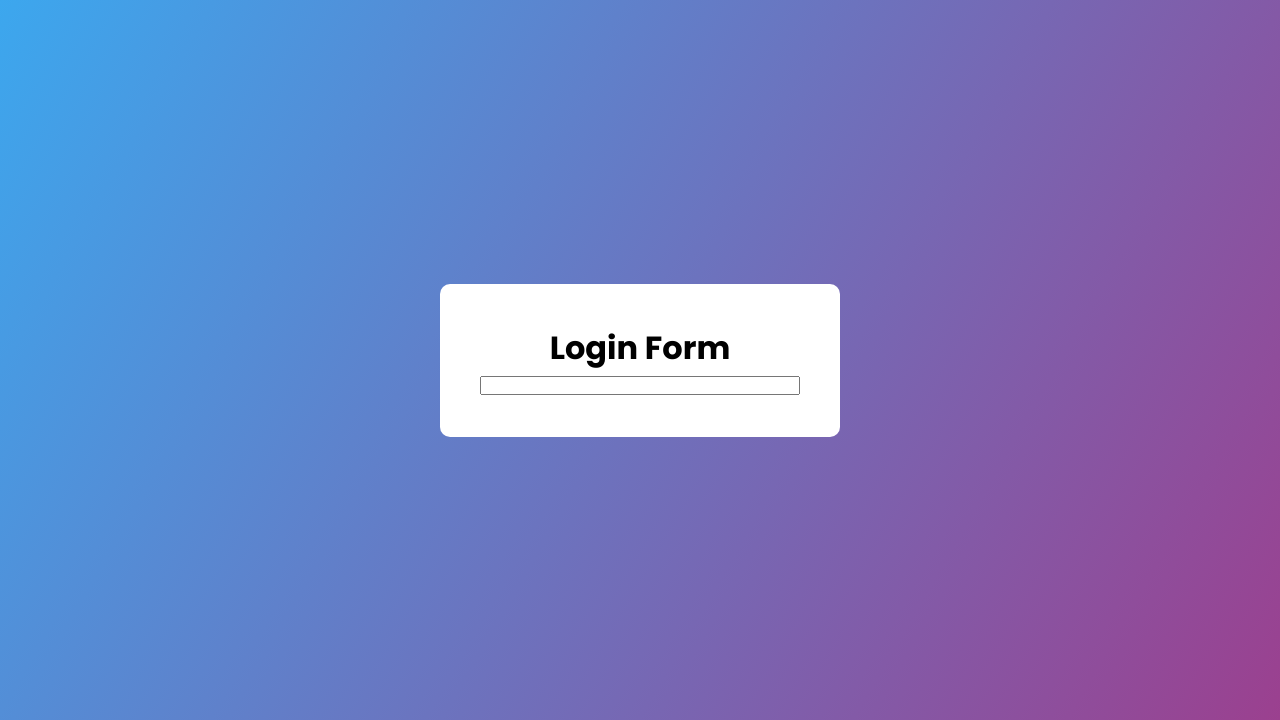
Repository: QUANGTHAI2003/Form-Validation
Page: index.html
These files come from the project's save history. The page is drawn as it stood at one moment and after the next save; the edit follows.
The browser window is 1280 px wide. The pictures show the whole page.

Above is the page before, as saved 2022-03-13 14:05:43.

After the next save:
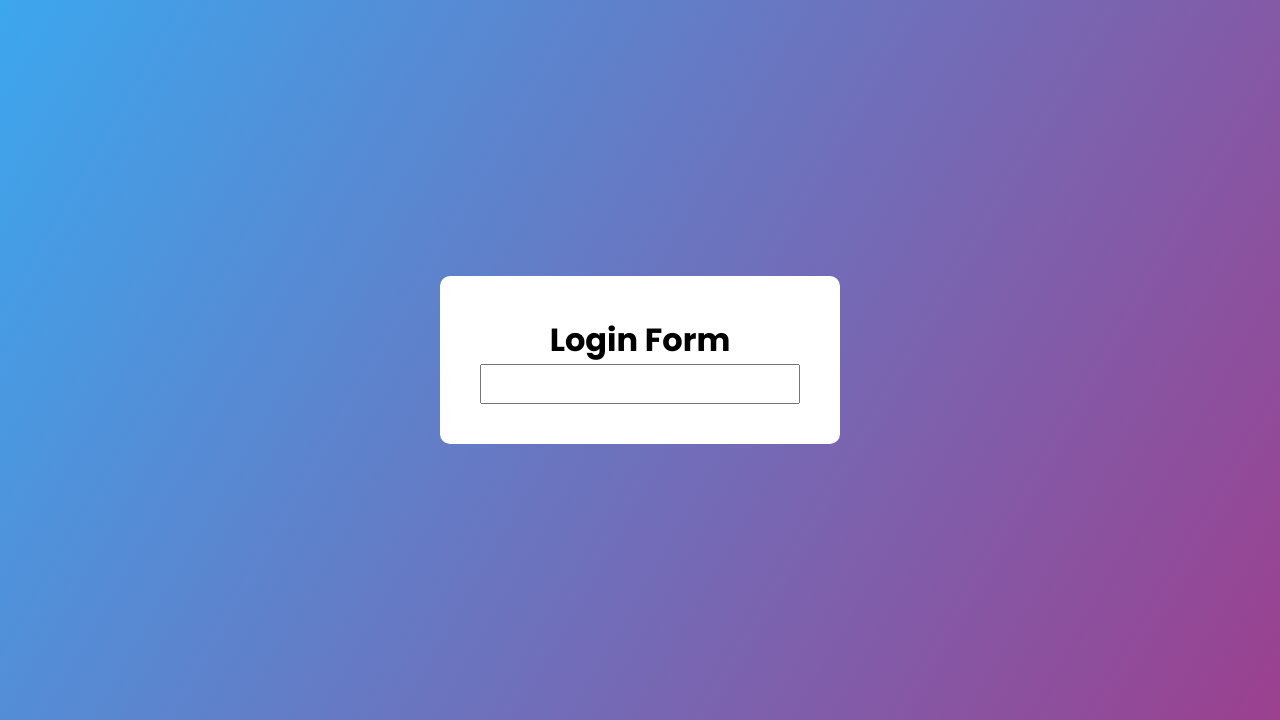
Saved 20 s later.
--- a/style.css
+++ b/style.css
@@ -34,4 +34,6 @@ body {
 
 .form-control input {
     width: 100%;
+    height: 40px;
+    font-size: 16px;
 }
